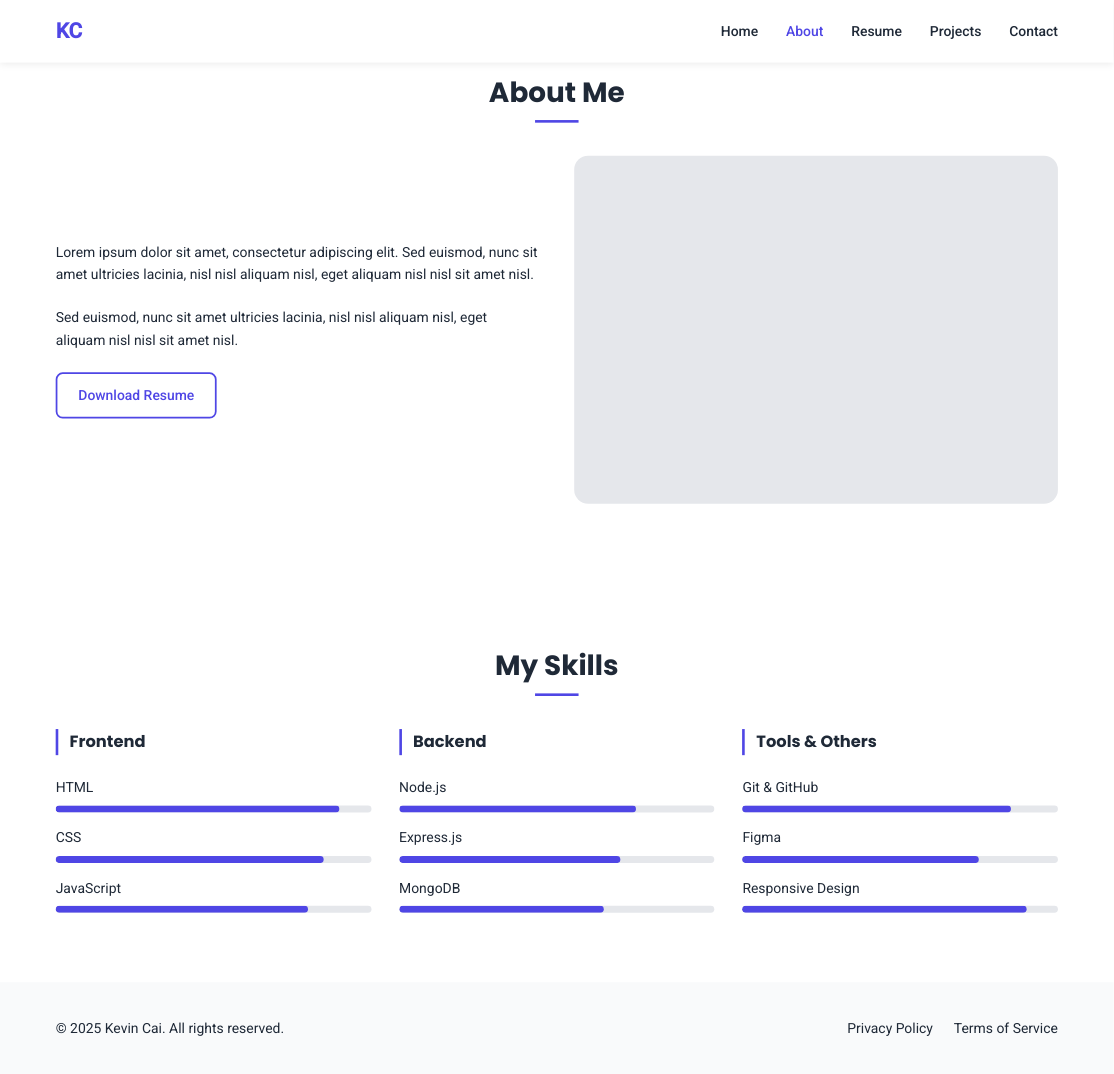
Repository: itskevbo/E-Portfolio
Page: pages/about.html
An editor plug-in stored every save of this project. The page is shown before and after the next save, followed by the edit.
The browser window is 1280 px wide. The pictures show the whole page, at 87% of full size.

Above is the page before, as saved 2025-04-15 00:32:08.

After the next save:
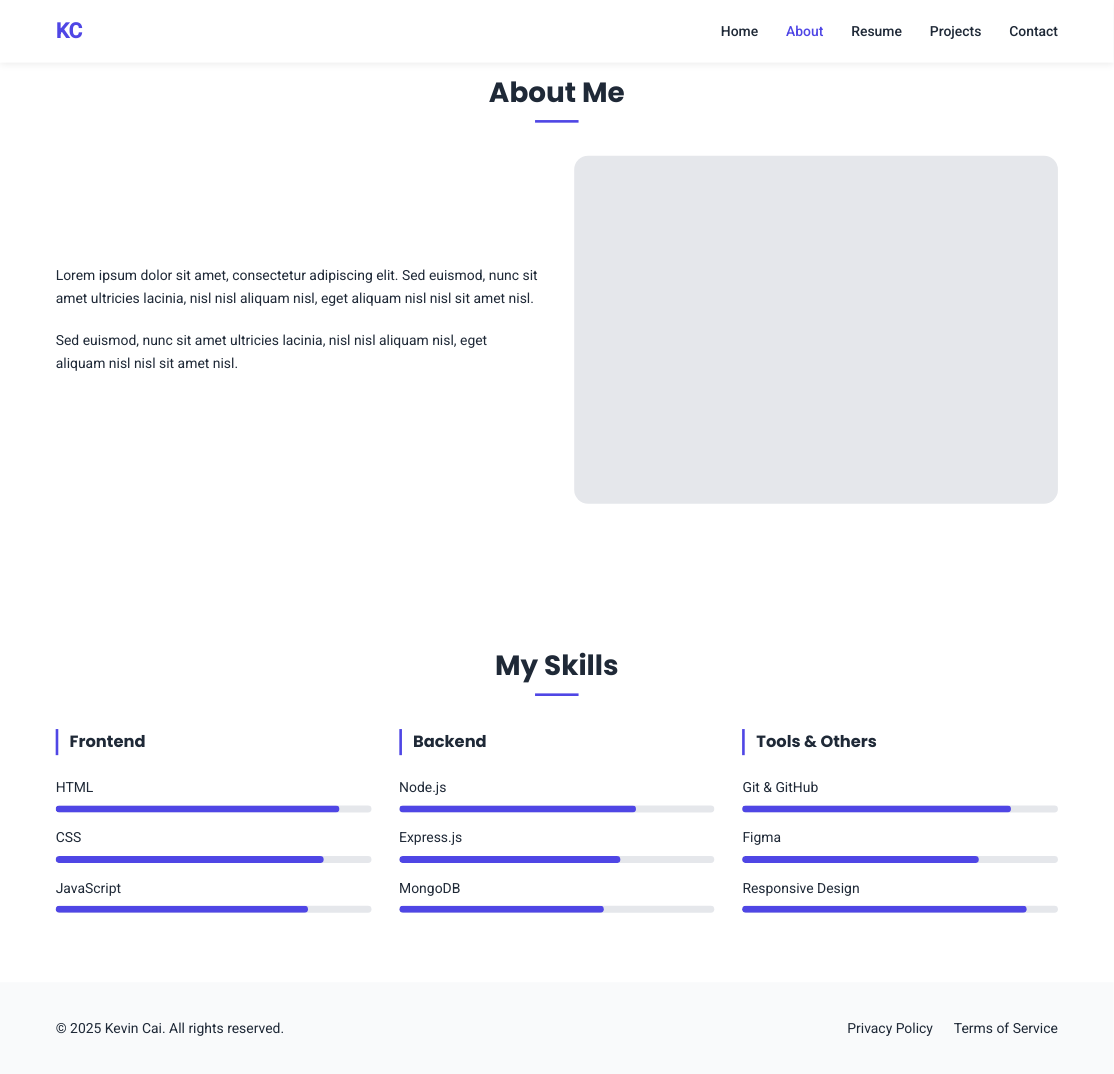
Saved 71 s later.
--- a/pages/about.html
+++ b/pages/about.html
@@ -52,7 +52,6 @@
                     <div class="about__text">
                         <p>Lorem ipsum dolor sit amet, consectetur adipiscing elit. Sed euismod, nunc sit amet ultricies lacinia, nisl nisl aliquam nisl, eget aliquam nisl nisl sit amet nisl.</p>
                         <p>Sed euismod, nunc sit amet ultricies lacinia, nisl nisl aliquam nisl, eget aliquam nisl nisl sit amet nisl.</p>
-                        <a href="../assets/documents/Kevin Cai - Resume 2025-26 Software Engineering.pdf" class="btn btn-outline" target="_blank">Download Resume</a>
                     </div>
                     <div class="about__image">
                         <!-- Placeholder for about image -->
